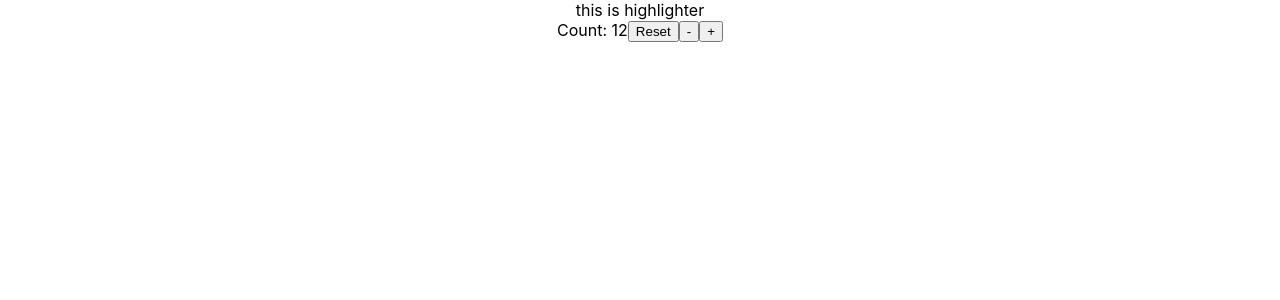
Repository: Farbod29/React-text-highlighter-with-hook-
Page: /
These files come from the project's save history. The page is drawn as it stood at one moment and after the next save; the edit follows.
The browser window is 1280 px wide. The pictures show the whole page.
The project was rebuilt for these pictures with package versions that can differ from the ones it lists, and the page was loaded fresh each time.

Above is the page before, as saved 2022-02-18 20:24:38.

After the next save:
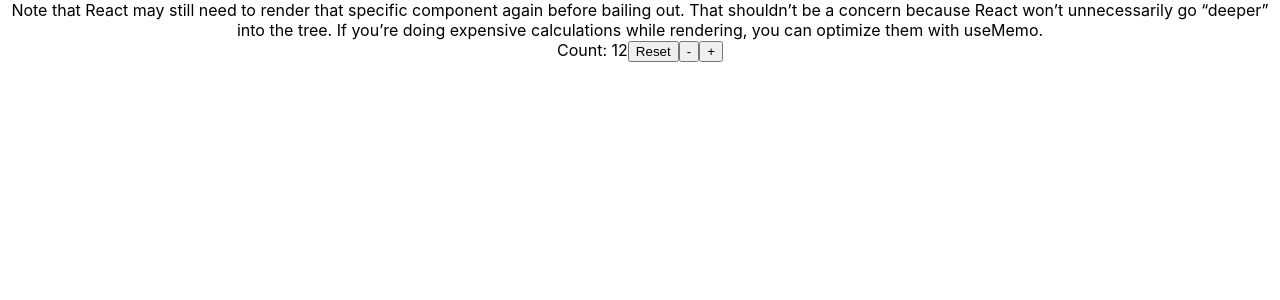
Saved 7 min 12 s later.
--- a/src/highlighter.js
+++ b/src/highlighter.js
@@ -4,7 +4,13 @@ export default function Highlighter() {
   const [count, setCount] = useState(12);
   return (
     <>
-      <div> this is highlighter</div>
+      <div>
+        {' '}
+        Note that React may still need to render that specific component again
+        before bailing out. That shouldn’t be a concern because React won’t
+        unnecessarily go “deeper” into the tree. If you’re doing expensive
+        calculations while rendering, you can optimize them with useMemo.
+      </div>
       Count: {count}
       <button onClick={() => setCount(12)}>Reset</button>
       <button onClick={() => setCount((prevCount) => prevCount - 1)}>-</button>
